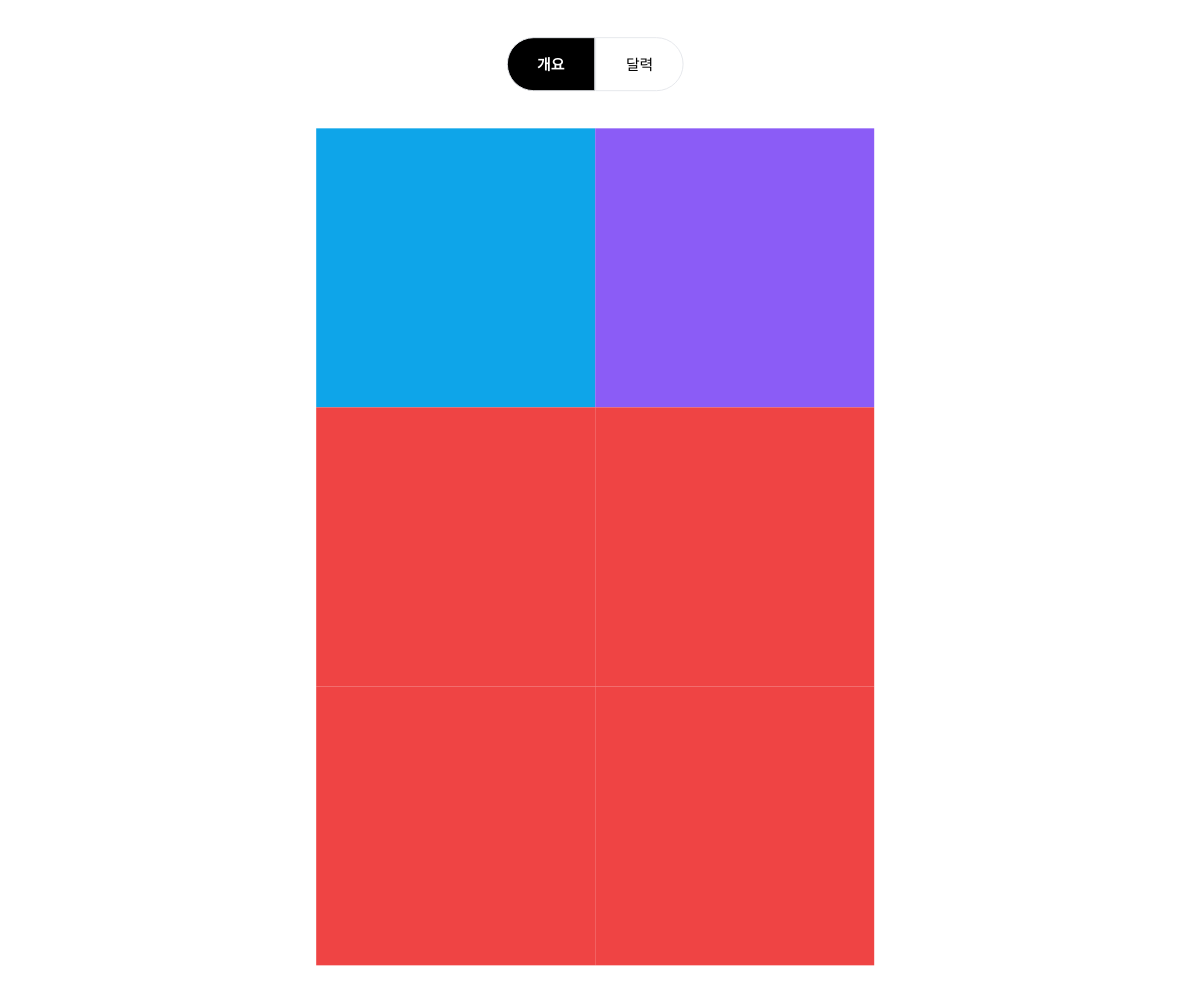
Repository: honey-punch/my-alcohol
Page: /
These files come from the project's save history. The page is drawn as it stood at one moment and after the next save; the edit follows.
The browser window is 1280 px wide. The pictures show the whole page, at 93% of full size.
The project was rebuilt for these pictures with package versions that can differ from the ones it lists, and the page was loaded fresh each time. The framework's server and built-in components were replaced by stand-ins that run in the browser. Also part of the build but not shown: next.config.ts, src/app/_component/Calendar.tsx.

Above is the page before, as saved 2025-02-10 15:42:39.

### src/app/page.tsx
"use client";

import { useState } from "react";
import Summary from "./_component/Summary";
import Calendar from "./_component/Calendar";

type ViewType = "summary" | "calendar";

export default function Home() {
  // useState
  const [viewType, setViewType] = useState<ViewType>("summary");

  // functions
  function handleChangeViewType() {
    if (viewType === "summary") {
      setViewType("calendar");
    } else {
      setViewType("summary");
    }
  }

  return (
    <div className="w-full flex flex-col items-center p-10 gap-10">
      <div onClick={handleChangeViewType} className="flex">
        <button
          className={`${
            viewType === "summary"
              ? "bg-black text-white font-black"
              : "hover:bg-black/20"
          } rounded-s-full border px-8 py-4 transition-colors`}
        >
          개요
        </button>
        <button
          className={`${
            viewType === "calendar"
              ? "bg-black text-white font-black"
              : "hover:bg-black/20"
          } rounded-e-full border px-8 py-4 transition-colors`}
        >
          달력
        </button>
      </div>
      {viewType === "summary" ? <Summary /> : <Calendar />}
    </div>
  );
}

### src/app/_component/Summary.tsx
const BOX_SIZE = 300;

export default function Summary() {
  const today = new Date();

  // TODO - DB에서 받아온 술마신 날들 중 가장 마지막 날
  const lastDay = new Date("2025-02-08T22:00:00");

  function getTimeDiff() {
    const diffMs = Math.abs(today.getTime() - lastDay.getTime());
    const hours = Math.floor(diffMs / (1000 * 60 * 60));
    const minutes = Math.floor((diffMs % (1000 * 60 * 60)) / (1000 * 60));

    return `${hours}시간 ${minutes}분`;
  }

  function getDayDiff() {
    const diffMs = Math.abs(today.getTime() - lastDay.getTime());
    const days = Math.floor(diffMs / (1000 * 60 * 60 * 24));

    return `${days}일 `;
  }

  console.log(getTimeDiff());
  console.log(getDayDiff());

  return (
    <div className="grid grid-cols-2">
      <div
        style={{ width: `${BOX_SIZE}px`, height: BOX_SIZE }}
        className="bg-sky-500"
      ></div>
      <div
        style={{ width: `${BOX_SIZE}px`, height: BOX_SIZE }}
        className="bg-violet-500"
      ></div>
      <div
        style={{ width: `${BOX_SIZE}px`, height: BOX_SIZE }}
        className="bg-red-500"
      ></div>
      <div
        style={{ width: `${BOX_SIZE}px`, height: BOX_SIZE }}
        className="bg-red-500"
      ></div>
      <div
        style={{ width: `${BOX_SIZE}px`, height: BOX_SIZE }}
        className="bg-red-500"
      ></div>
      <div
        style={{ width: `${BOX_SIZE}px`, height: BOX_SIZE }}
        className="bg-red-500"
      ></div>
    </div>
  );
}

Loaded but not shown: src/app/layout.tsx (common file); src/app/globals.css (common file); tailwind.config.ts (common file)

After the next save:
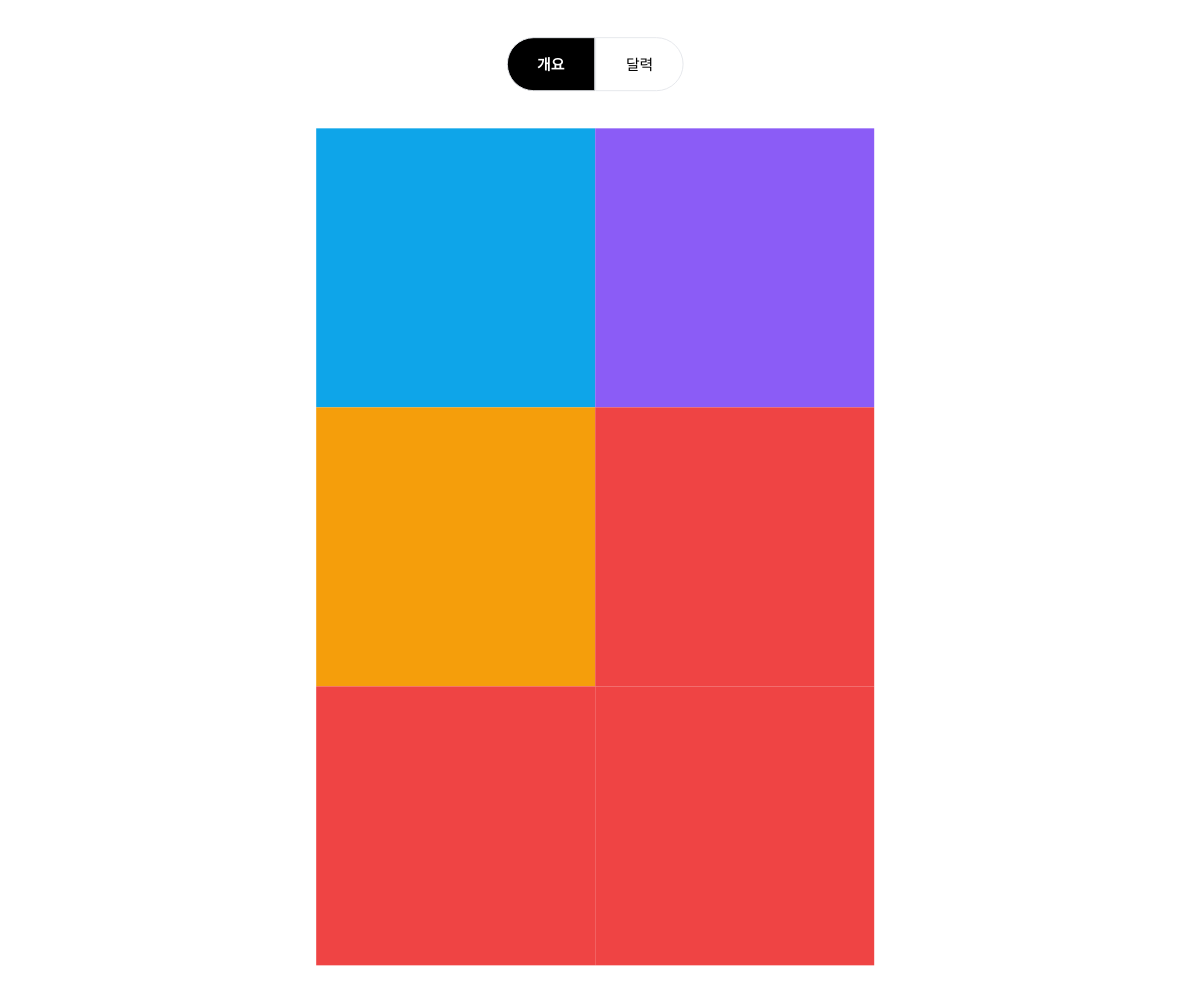
Saved 17 s later.
--- a/src/app/_component/Summary.tsx
+++ b/src/app/_component/Summary.tsx
@@ -36,7 +36,7 @@ export default function Summary() {
       ></div>
       <div
         style={{ width: `${BOX_SIZE}px`, height: BOX_SIZE }}
-        className="bg-red-500"
+        className="bg-amber-500"
       ></div>
       <div
         style={{ width: `${BOX_SIZE}px`, height: BOX_SIZE }}
